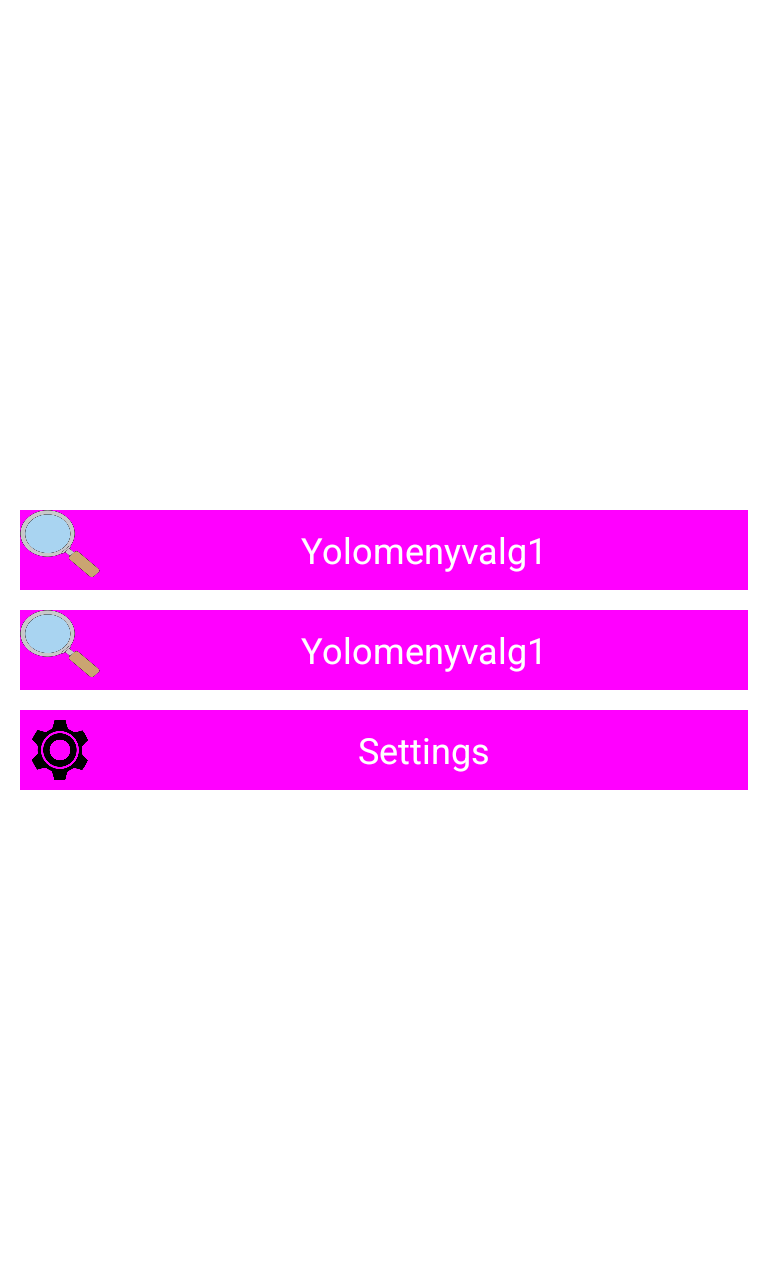
Repository: pumalove/workspace
Layout: MainActivity/res/layout/gridview.xml
The author's editor kept a copy of each file at every save. The layout is drawn from the files as they stood at one save, then again after the next save.
It is drawn on a 768 x 1280 px phone screen (xhdpi) without system bars, with theme AppTheme; the app's code is not run. Lists and similar views that code fills are empty.

Above is the layout before, as saved 2014-03-18 10:46:14.

### MainActivity/res/layout/gridview.xml
<?xml version="1.0" encoding="utf-8"?>
<LinearLayout xmlns:android="http://schemas.android.com/apk/res/android"
    android:layout_width="match_parent"
    android:layout_height="wrap_content"
    android:orientation="vertical"
    android:padding="10dp">

    <LinearLayout
        android:layout_marginBottom="20dp"
        android:layout_width="fill_parent"
        android:layout_height="wrap_content">

        <GridView
            android:id="@+id/gridview"
            android:layout_width="fill_parent"
            android:layout_height="225dp"
            android:columnWidth="90dp"
            android:numColumns="auto_fit"
            android:verticalSpacing="5dp"
            android:horizontalSpacing="5dp"
            android:stretchMode="columnWidth"
            android:gravity="center"
            />
	</LinearLayout>


    <LinearLayout
        android:id="@+id/linearlayout2"
        android:layout_width="fill_parent"
        android:layout_height="wrap_content"
        android:layout_gravity="center"
        android:orientation="vertical"
        android:layout_below="@id/gridview">

        <LinearLayout
            android:id="@+id/customButton1"
            android:layout_width="fill_parent"
            android:layout_height="wrap_content"
            android:layout_marginBottom="10dp"
            android:orientation="horizontal"
            android:clickable="true"
            android:focusable="true"
            android:background="@drawable/custom_buttons"
            >

            <ImageView
                android:id="@+id/imageView1"
                android:layout_width="40dp"
                android:layout_height="40dp"
                android:scaleType="centerCrop"
                android:src="@drawable/sample_0" />

			<LinearLayout
			    android:layout_width="fill_parent"
            	android:layout_height="wrap_content"
            	android:gravity="center"
            	android:layout_gravity="center" >
            	<TextView
                	android:layout_width="wrap_content"
                	android:layout_height="wrap_content"
                	android:layout_gravity="center"
                	android:text="Yolomenyvalg1"
                	android:textColor="#FFFFFF"
                	android:textSize="18dp"/>
			</LinearLayout>
		</LinearLayout>


        <LinearLayout
            android:id="@+id/customButton2"
            android:layout_width="fill_parent"
            android:layout_height="wrap_content"
            android:layout_marginBottom="10dp"
            android:orientation="horizontal"
            android:gravity="center"
            android:clickable="true"
            android:focusable="true"
            android:background="@drawable/custom_buttons"
            >

            <ImageView
                android:id="@+id/imageView2"
                android:layout_width="40dp"
                android:layout_height="40dp"
                android:scaleType="centerCrop"
                android:src="@drawable/sample_0" />

           <LinearLayout
			    android:layout_width="fill_parent"
            	android:layout_height="wrap_content"
            	android:gravity="center"
            	android:layout_gravity="center" >
            	<TextView
                	android:layout_width="wrap_content"
                	android:layout_height="wrap_content"
                	android:layout_gravity="center"
                	android:text="Yolomenyvalg1"
                	android:textColor="#FFFFFF"
                	android:textSize="18dp"/>
			</LinearLayout>

        </LinearLayout>

        <LinearLayout
            android:id="@+id/customButton3"
            android:layout_width="fill_parent"
            android:layout_height="wrap_content"
            android:layout_marginBottom="10dp"
            android:orientation="horizontal"
            android:gravity="center"
            android:clickable="true"
            android:focusable="true"
            android:background="@drawable/custom_buttons"
            >

            <ImageView
                android:id="@+id/imageView3"
                android:layout_width="40dp"
                android:layout_height="40dp"
                android:scaleType="centerCrop"
                android:src="@drawable/settings"
                android:padding="5dp" />

            <LinearLayout
			    android:layout_width="fill_parent"
            	android:layout_height="wrap_content"
            	android:gravity="center"
            	android:layout_gravity="center" >
            	<TextView
                	android:layout_width="wrap_content"
                	android:layout_height="wrap_content"
                	android:layout_gravity="center"
                	android:text="@string/action_settings"
                	android:textColor="#FFFFFF"
                	android:textSize="18dp"/>
			</LinearLayout>

        </LinearLayout>
    </LinearLayout>



</LinearLayout>

### MainActivity/res/values/styles.xml
<resources xmlns:android="http://schemas.android.com/apk/res/android">

    <!--
        Base application theme, dependent on API level. This theme is replaced
        by AppBaseTheme from res/values-vXX/styles.xml on newer devices.
    -->
    <style name="AppBaseTheme" parent="android:Theme.Light">
        <!--
            Theme customizations available in newer API levels can go in
            res/values-vXX/styles.xml, while customizations related to
            backward-compatibility can go here.
        -->
    </style>

    <!-- Application theme. -->
    <style name="AppTheme" parent="AppBaseTheme">
        <!-- All customizations that are NOT specific to a particular API-level can go here. -->
    </style>

</resources>

### MainActivity/res/values-v11/styles.xml
<resources>

    <!--
        Base application theme for API 11+. This theme completely replaces
        AppBaseTheme from res/values/styles.xml on API 11+ devices.
    -->
    <style name="AppBaseTheme" parent="android:Theme.Holo.Light">
        <!-- API 11 theme customizations can go here. -->
    </style>

</resources>

### MainActivity/res/drawable/custom_buttons.xml
<?xml version="1.0" encoding="utf-8"?>
<selector xmlns:android="http://schemas.android.com/apk/res/android">

  <item android:state_pressed="true" >
    <shape>
      <solid android:color="#FF0000" />
    </shape>
  </item>

  <item android:state_focused="true" >
    <shape>
      <solid android:color="#DDDDDD" />
    </shape>
  </item>

  <item>
    <shape>
      <solid android:color="#FF00FF" />
    </shape>
  </item>

</selector>

### MainActivity/res/values/strings.xml
<?xml version="1.0" encoding="utf-8"?>
<resources>

    <string name="app_name">intelligenceTest</string>
    <string name="action_settings">Settings</string>
    <string name="title_section1">Section 1</string>
    <string name="title_section2">Section 2</string>
    <string name="title_section3">Section 3</string>
    <string name="scan_only_qr_codes">Scan Only QR Codes</string>
    <string name="scan">Scan</string>

</resources>

After the next save:
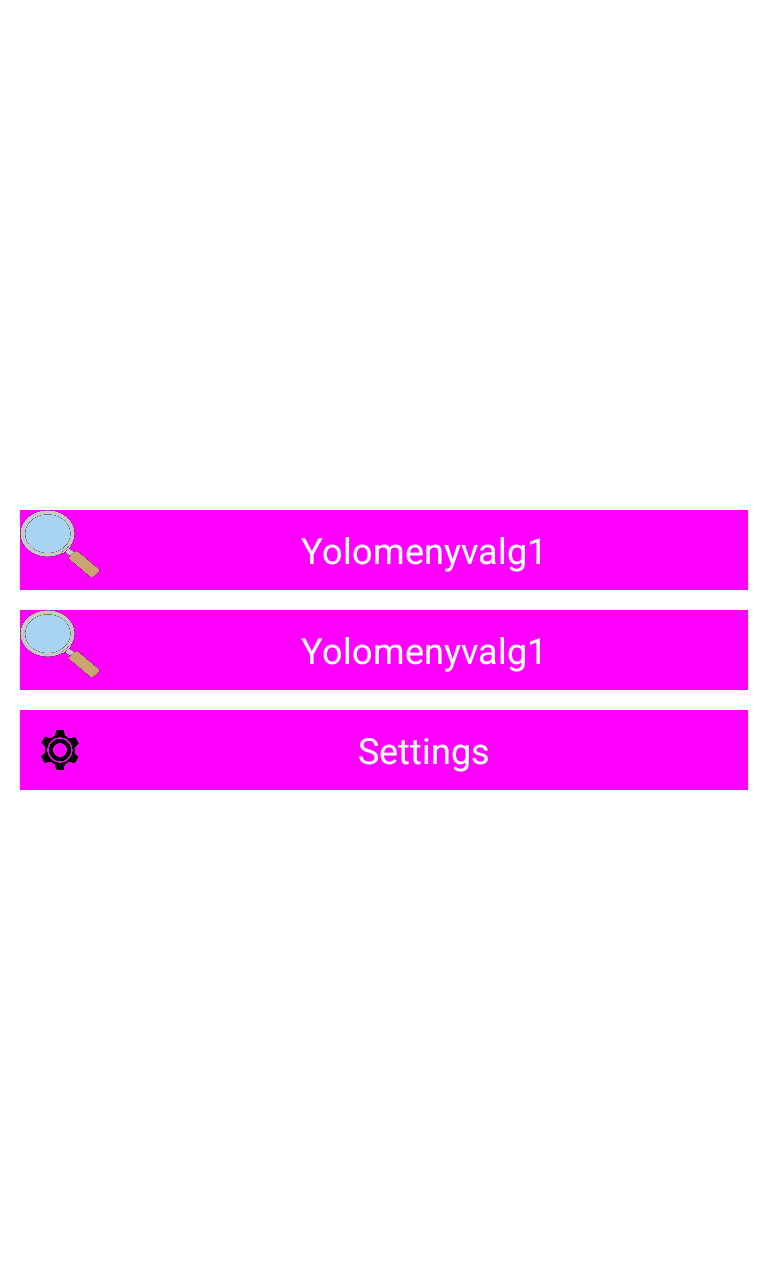
Saved 38 s later.
--- a/MainActivity/res/layout/gridview.xml
+++ b/MainActivity/res/layout/gridview.xml
@@ -119,7 +119,7 @@
                 android:layout_height="40dp"
                 android:scaleType="centerCrop"
                 android:src="@drawable/settings"
-                android:padding="5dp" />
+                android:padding="10dp" />
 
             <LinearLayout
 			    android:layout_width="fill_parent"
